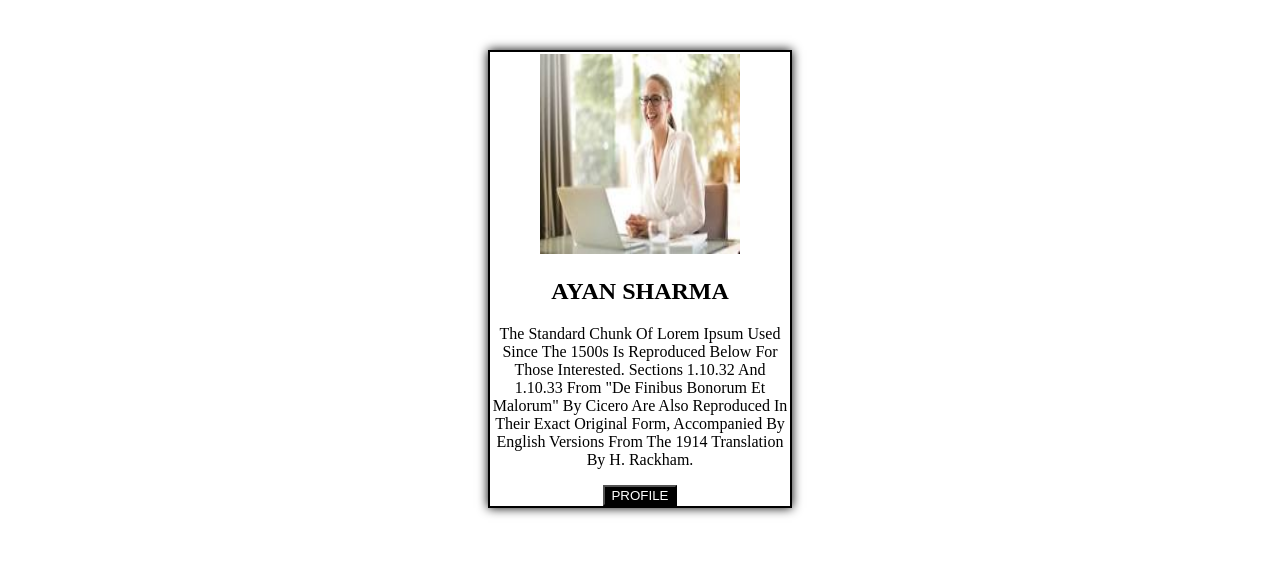
Repository: arindamslt/JEECoding
Page: JEE_FRONTEND/src/main/webapp/08CardCSS.html
These files come from the project's save history. The page is drawn as it stood at one moment and after the next save; the edit follows.
The browser window is 1280 px wide. The pictures show the whole page.

Above is the page before, as saved 2025-07-15 06:04:17.

After the next save:
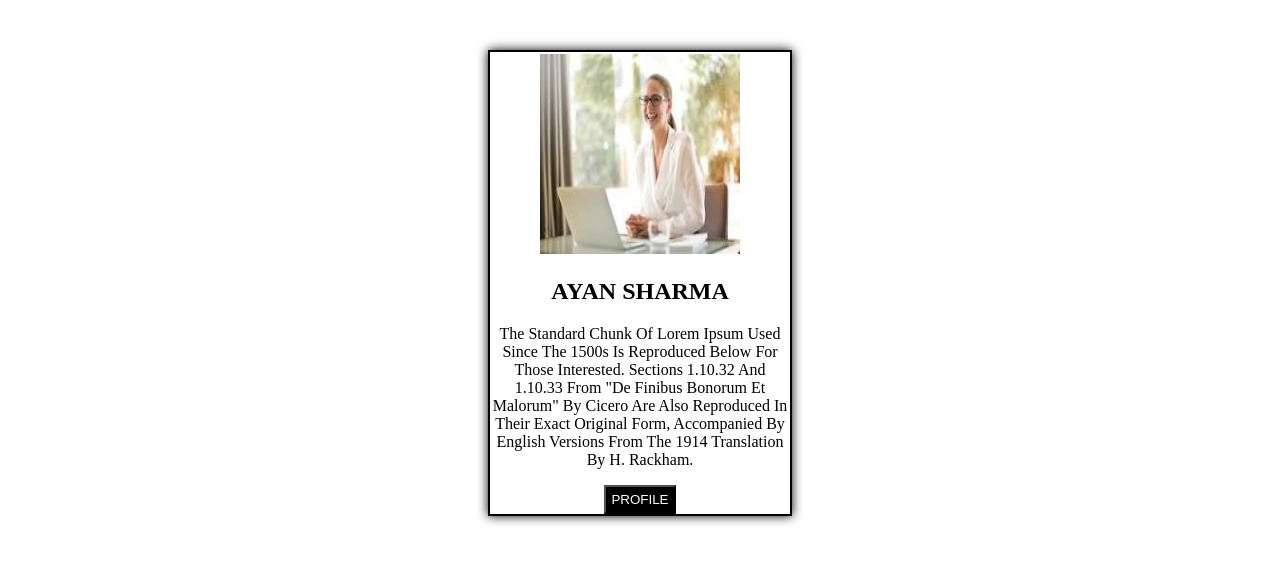
Saved 26 s later.
--- a/JEE_FRONTEND/src/main/webapp/08CardCSS.html
+++ b/JEE_FRONTEND/src/main/webapp/08CardCSS.html
@@ -19,7 +19,7 @@
 		button{
 			color: white;
 			background-color: black;
-			padding: 5px auto;
+			padding: 5px;
 		}
 	}
 </style>
